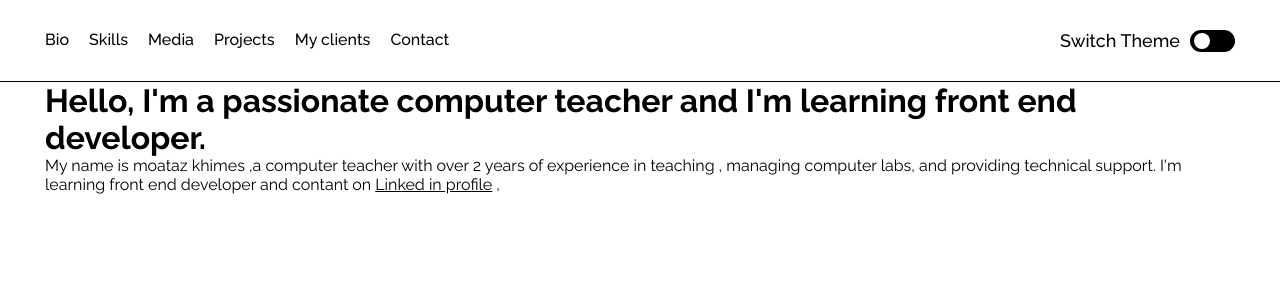
Repository: moataz305G/Personal-website
Page: index.html
These files come from the project's save history. The page is drawn as it stood at one moment and after the next save; the edit follows.
The browser window is 1280 px wide. The pictures show the whole page.

Above is the page before, as saved 2025-12-12 20:19:16.

After the next save:
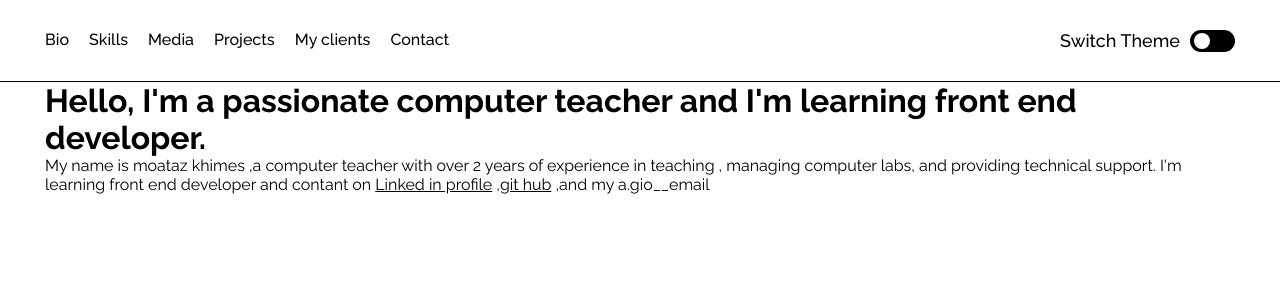
Saved 105 s later.
--- a/index.html
+++ b/index.html
@@ -55,7 +55,10 @@
             class="bio__linkedin"
             >Linked in profile</a
           >
-          ,<a href="" class="bio__github"></a>
+          ,<a href="https://github.com/moataz305G" class="bio__github"
+            >git hub</a
+          >
+          ,and my a.gio__email
         </p>
       </sction>
     </div>
